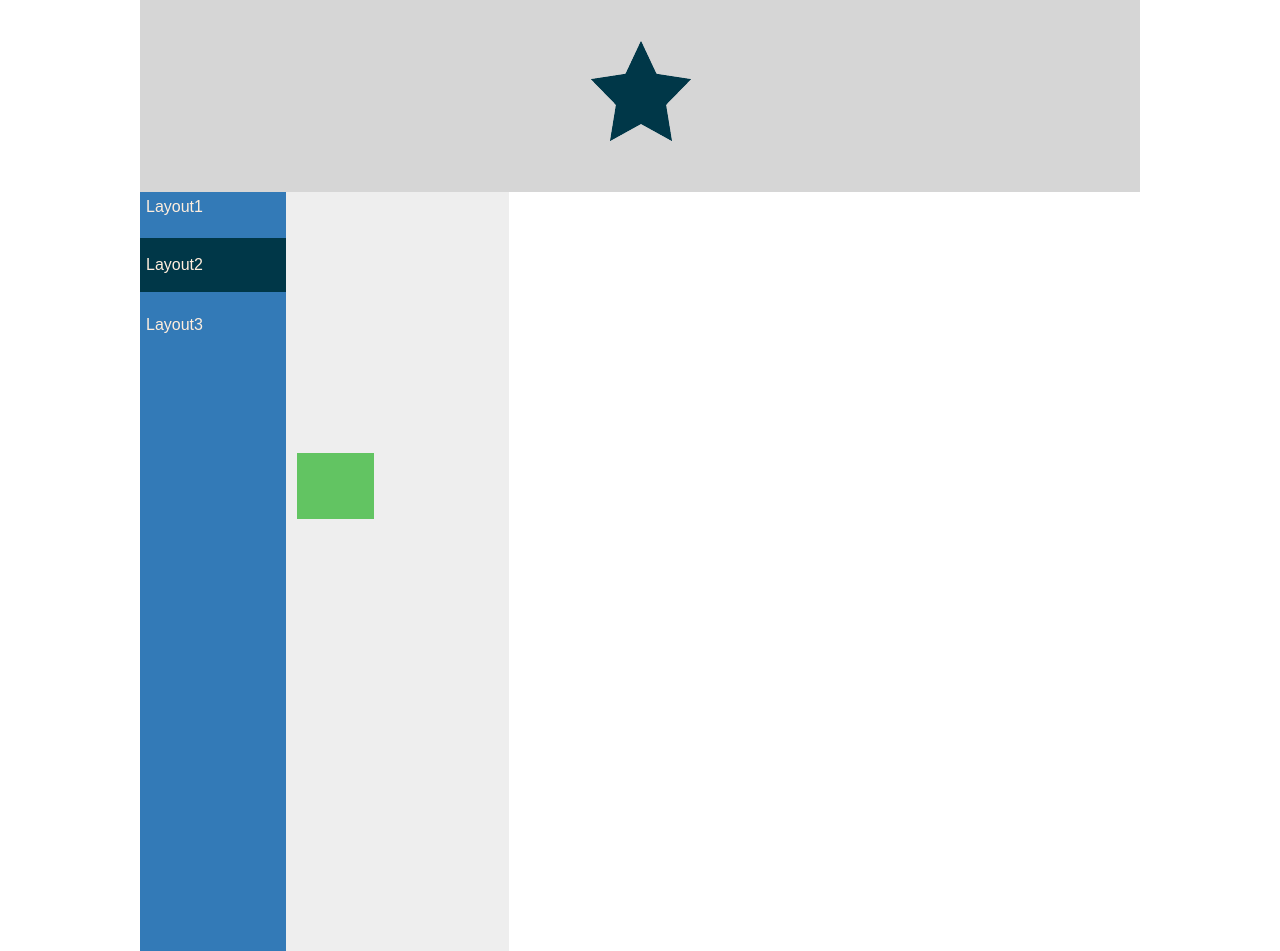
Repository: baliayassin/MyGame
Page: Documents/Aptana Studio 3 Workspace/homeWork2/layOut2.html
These files come from the project's save history. The page is drawn as it stood at one moment and after the next save; the edit follows.
The browser window is 1280 px wide. The pictures show the whole page.

Above is the page before, as saved 2017-11-29 12:53:00.

After the next save:
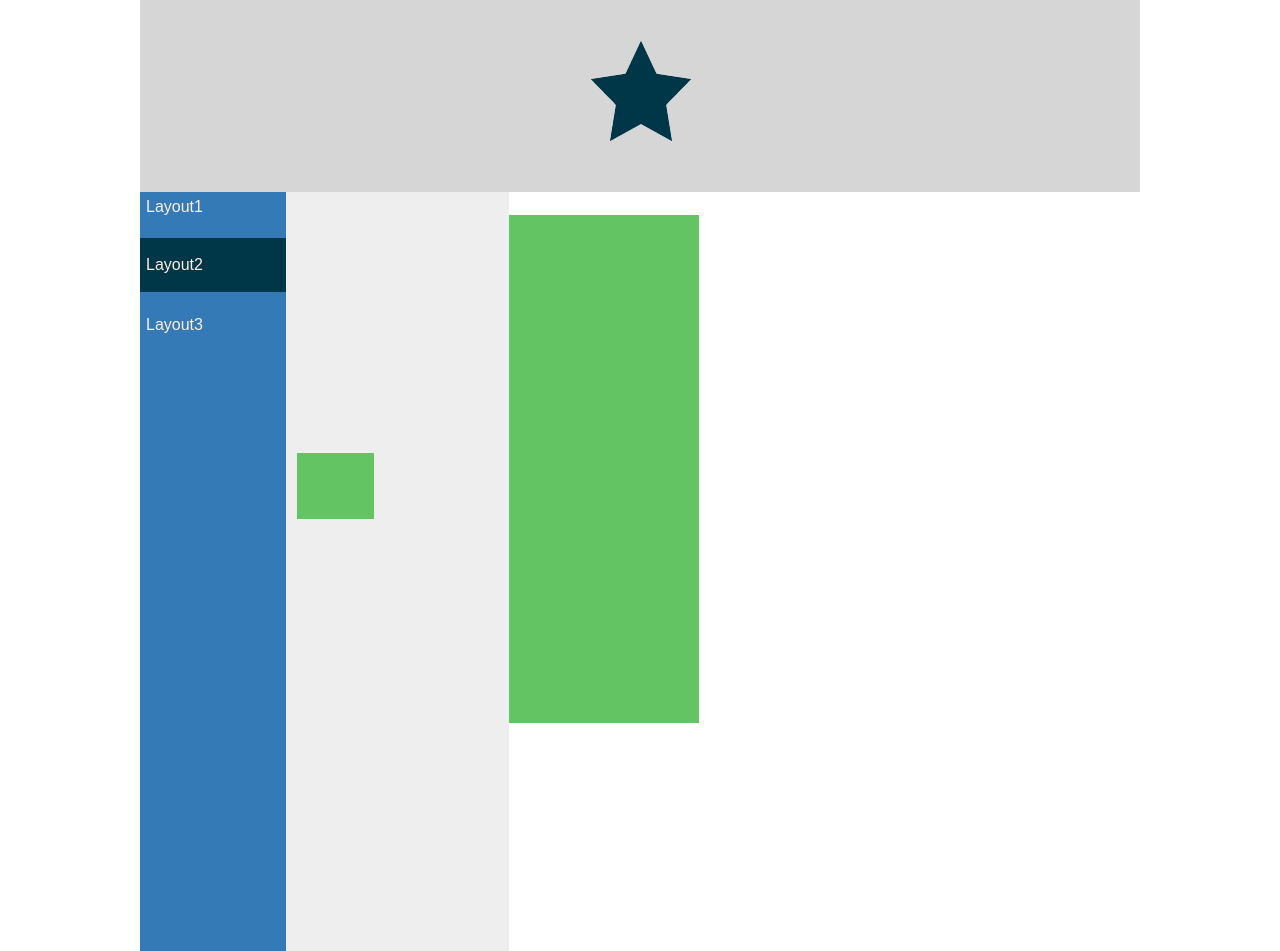
Saved 23 s later.
--- a/Documents/Aptana Studio 3 Workspace/homeWork2/includes/style.css
+++ b/Documents/Aptana Studio 3 Workspace/homeWork2/includes/style.css
@@ -254,6 +254,7 @@ main, nav, aside, footer, section, article, header {
 
 #wrapper2 section article:first-child{
 
+	background:#62C462;
 	height:508px;
 	width:190px;
 
